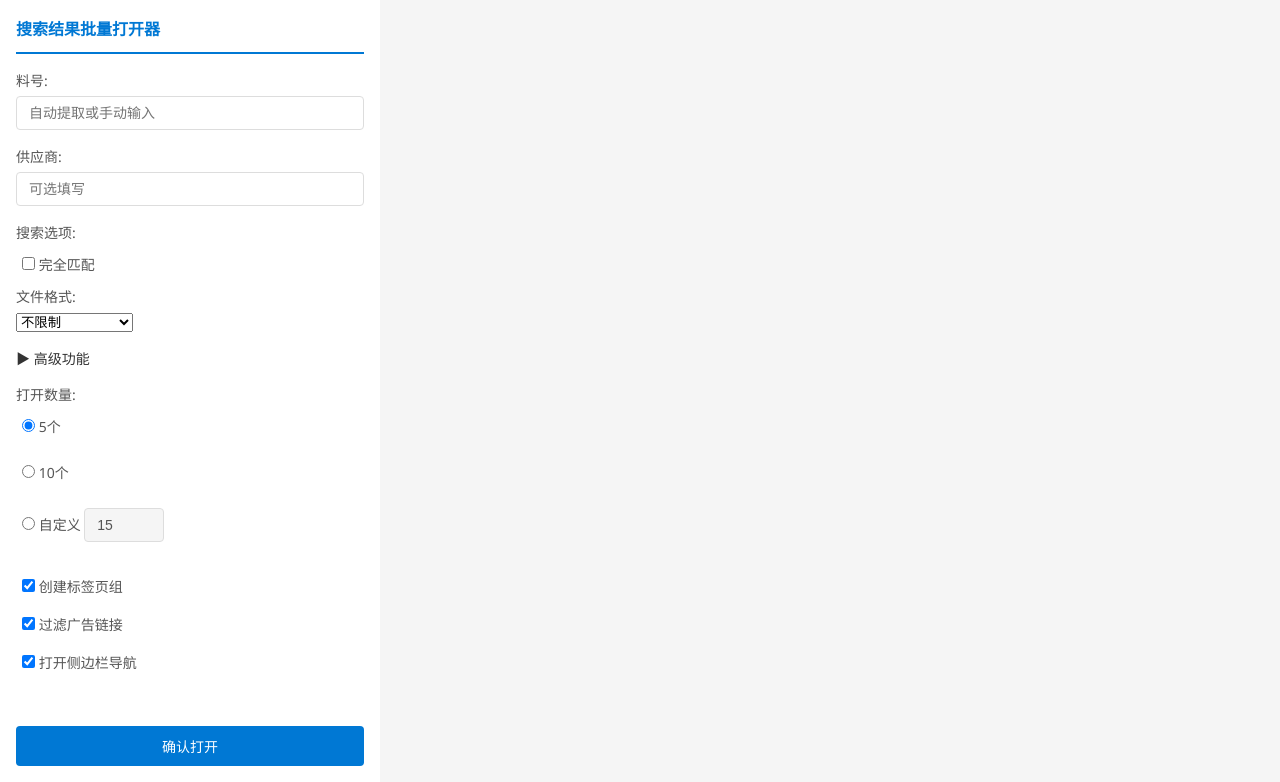
Repository: wofa24/search-result-opener
Page: search-result-opener/popup.html
The author's editor kept a copy of each file at every save. The page is drawn from the files as they stood at one save, then again after the next save.
The browser window is 1280 px wide. The pictures show the whole page.

Above is the page before, as saved 2026-04-03 01:41:14.

After the next save:
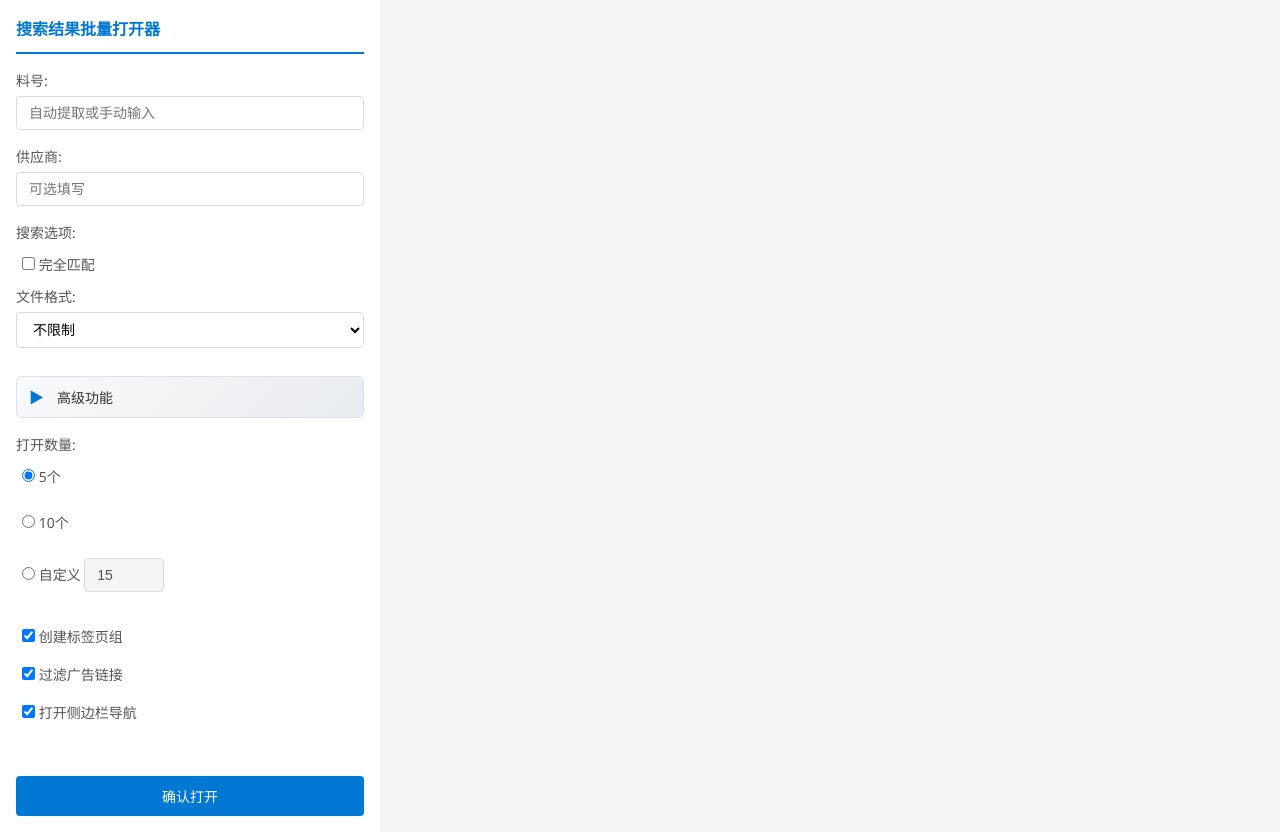
Saved 31 s later.
--- a/search-result-opener/popup.css
+++ b/search-result-opener/popup.css
@@ -170,3 +170,91 @@ body {
   background-color: #ccc;
   cursor: not-allowed;
 }
+
+/* 下拉选择框样式 */
+.select-input {
+  width: 100%;
+  padding: 8px 12px;
+  border: 1px solid #ddd;
+  border-radius: 4px;
+  font-size: 14px;
+  background-color: white;
+  cursor: pointer;
+  transition: border-color 0.3s;
+  margin-bottom: 12px;
+}
+
+.select-input:focus {
+  outline: none;
+  border-color: #0078d4;
+}
+
+.select-input:hover {
+  border-color: #0078d4;
+}
+
+/* 高级功能折叠区域 */
+.advanced-toggle {
+  cursor: pointer;
+  padding: 10px 12px;
+  background: linear-gradient(135deg, #f8f9fa 0%, #e9ecef 100%);
+  border: 1px solid #dee2e6;
+  border-radius: 6px;
+  margin-bottom: 12px;
+  user-select: none;
+  display: flex;
+  align-items: center;
+  transition: all 0.3s;
+}
+
+.advanced-toggle:hover {
+  background: linear-gradient(135deg, #e9ecef 0%, #dee2e6 100%);
+  border-color: #0078d4;
+  transform: translateX(2px);
+}
+
+.toggle-icon {
+  display: inline-block;
+  width: 20px;
+  font-weight: bold;
+  color: #0078d4;
+  transition: transform 0.3s;
+  margin-right: 8px;
+}
+
+.advanced-toggle.expanded .toggle-icon {
+  transform: rotate(90deg);
+}
+
+.advanced-options {
+  padding: 12px;
+  margin-top: 8px;
+  margin-bottom: 12px;
+  border-left: 3px solid #0078d4;
+  background: #f8f9fa;
+  border-radius: 0 4px 4px 0;
+  animation: slideDown 0.3s ease-out;
+}
+
+@keyframes slideDown {
+  from {
+    opacity: 0;
+    max-height: 0;
+    padding-top: 0;
+    padding-bottom: 0;
+  }
+  to {
+    opacity: 1;
+    max-height: 500px;
+    padding-top: 12px;
+    padding-bottom: 12px;
+  }
+}
+
+.advanced-options label {
+  display: block;
+  margin-bottom: 6px;
+  font-weight: 500;
+  color: #555;
+  font-size: 13px;
+}
